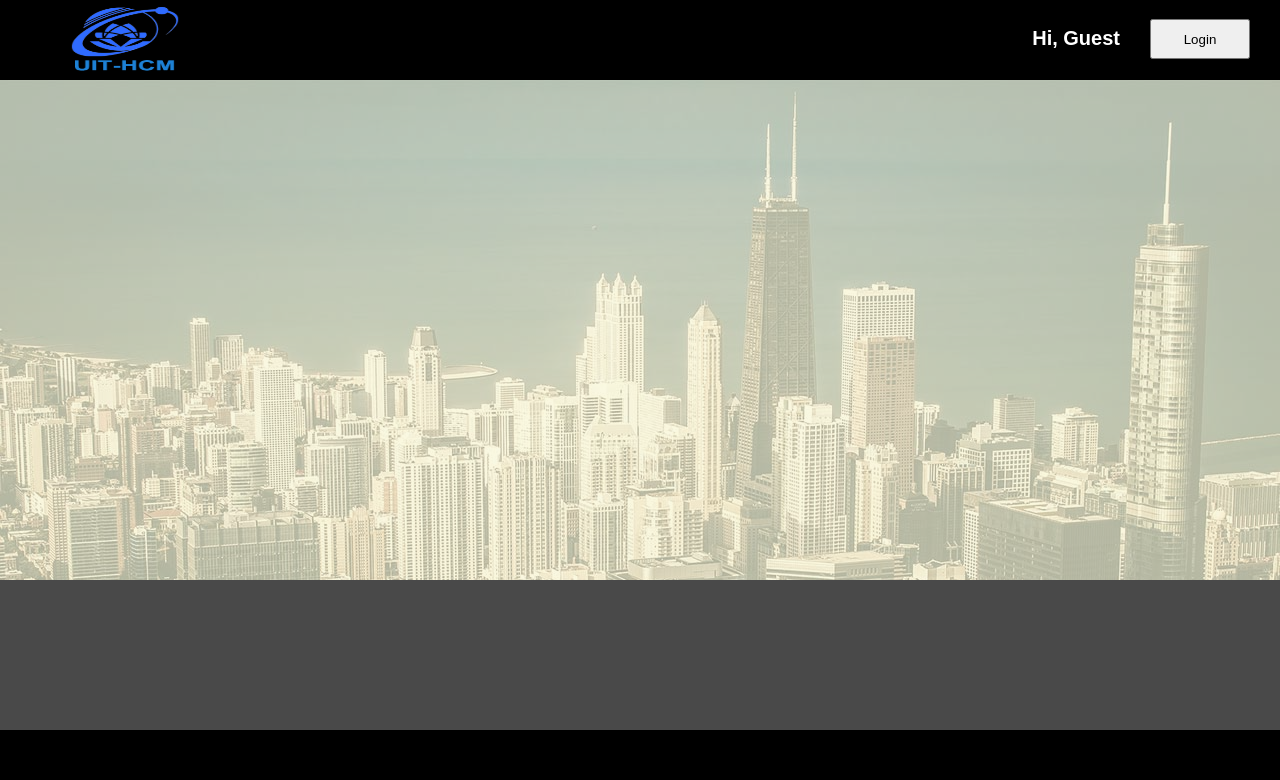
Repository: datntlocalhost/StudenManagerMVC
Page: http://localhost/StudentManagerMVC/view/showinfo.jsp
An editor plug-in stored every save of this project. The page is shown before and after the next save, followed by the edit.
The browser window is 1280 px wide. The pictures show the whole page.
The page is served by Tomcat 9.

Above is the page before, as saved 2018-07-20 07:59:05.

After the next save:
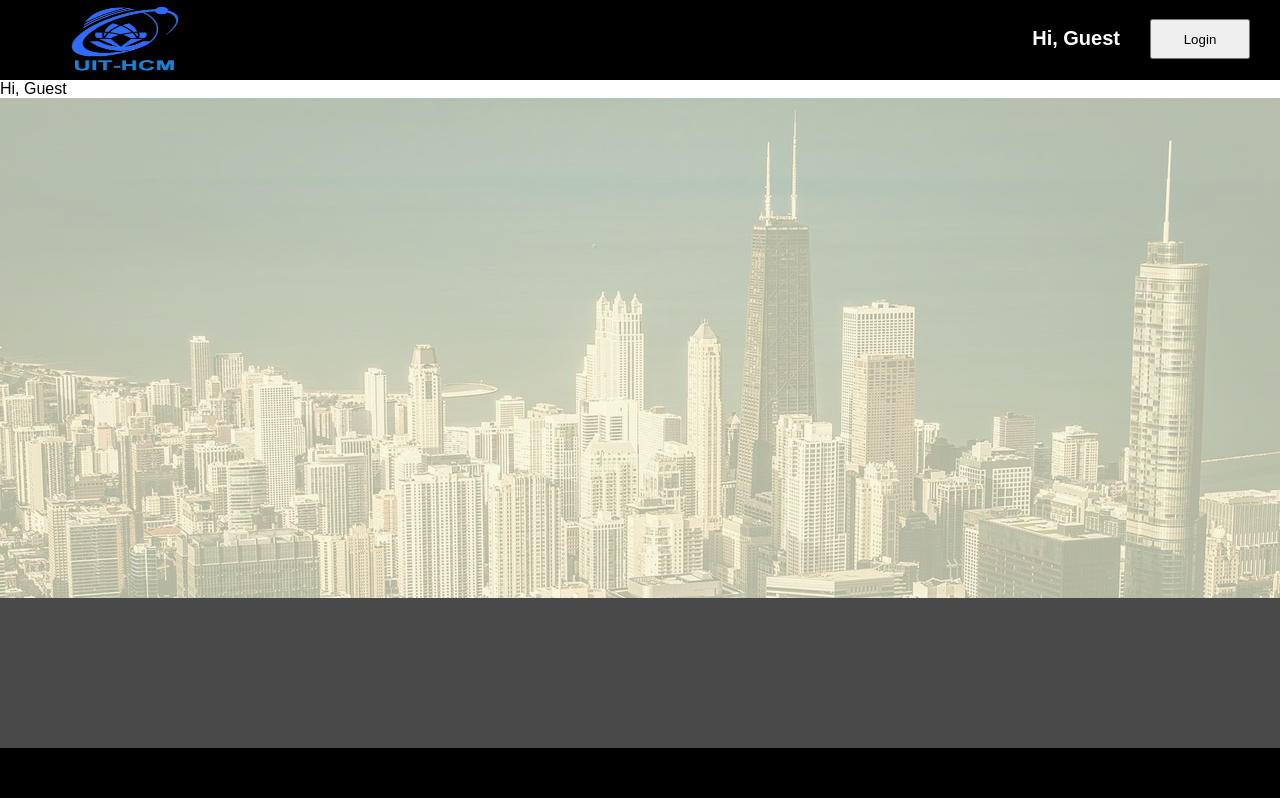
Saved 27 s later.
--- a/StudentManagerMVC/WebContent/view/showinfo.jsp
+++ b/StudentManagerMVC/WebContent/view/showinfo.jsp
@@ -12,7 +12,7 @@
 </head>
 <body>
   <%@ include file="header.jsp" %>
-
+  <%=user%>
   <div class="login-bg">
     <div class="layer"></div>
   </div>
